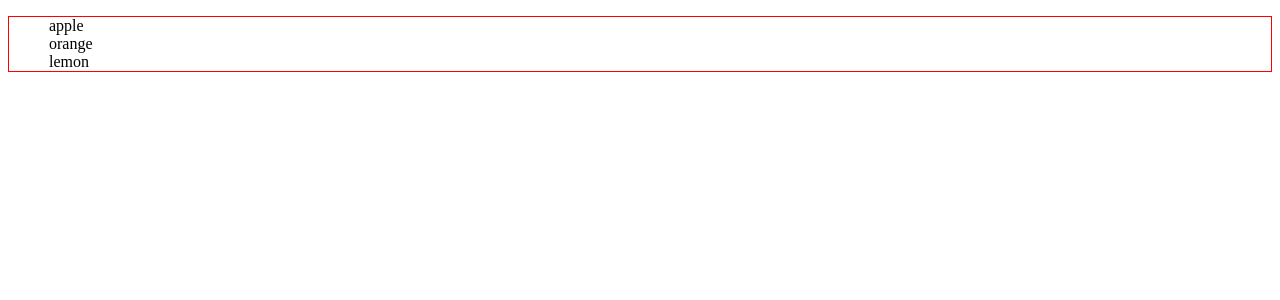
Repository: chenguocan/Vue_demo_1
Page: 基础案例.html
The author's editor kept a copy of each file at every save. The page is drawn from the files as they stood at one save, then again after the next save.
The browser window is 1280 px wide. The pictures show the whole page.

Above is the page before, as saved 2020-07-20 16:16:34.

### 基础案例.html
<!DOCTYPE html>
<html lang="en">
  <head>
    <meta charset="UTF-8" />
    <meta name="viewport" content="width=device-width, initial-scale=1.0" />
    <title>Document</title>
    <style>
      ul {
        border: 1px solid red;
        list-style: none;
      }
    </style>
  </head>
  <body>
    <div id="app">
      <ul>
        <li v-for="item in fruit">{{item.name}}</li>
      </ul>
    </div>
  </body>
  <script src="./js/vue.js"></script>
  <script>
    var app = new Vue({
      el: "#app",
      data: {
        fruit: [
          {
            name: "apple",
            fruitimageurl: "",
          },
          {
            name: "orange",
            fruitimageurl: "",
          },
          {
            name: "lemon",
            fruitimageurl: "",
          },
        ],
      },
      methods: {},
    });
  </script>
</html>

Loaded but not shown: js/vue.js (library)

After the next save:
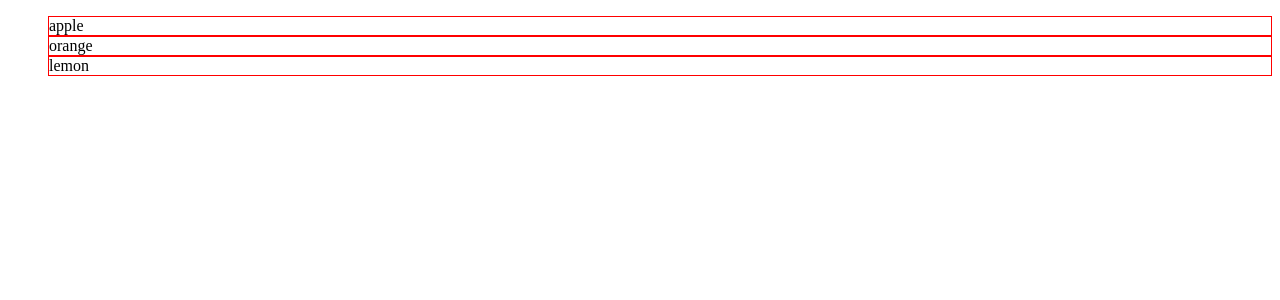
Saved 14 s later.
--- a/基础案例.html
+++ b/基础案例.html
@@ -6,8 +6,10 @@
     <title>Document</title>
     <style>
       ul {
+        list-style: none;
+      }
+      ul > li {
         border: 1px solid red;
-        list-style: none;
       }
     </style>
   </head>
